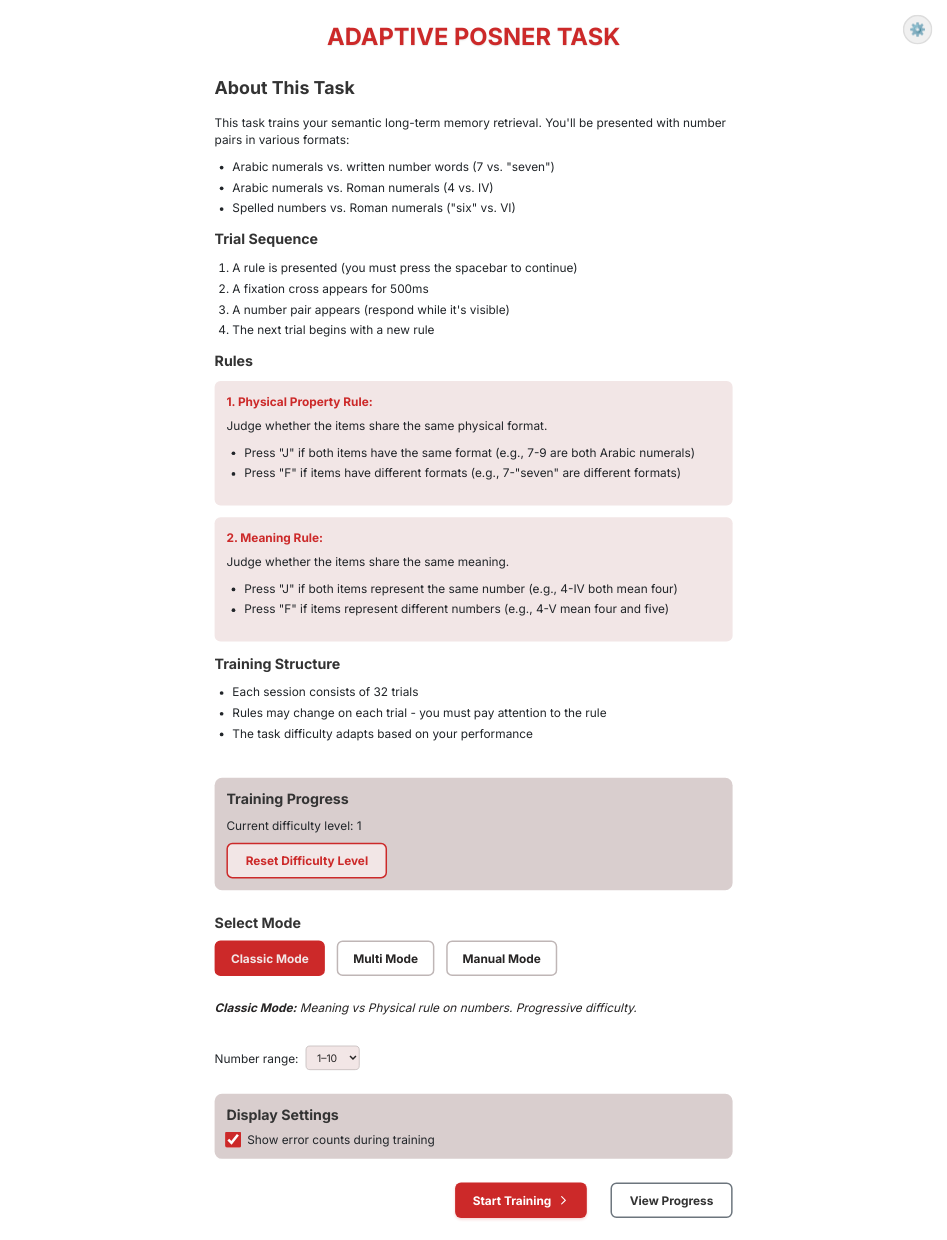
Repository: dolev765/braintrainepson
Page: index.html
An editor plug-in stored every save of this project. The page is shown before and after a run of saves, followed by the edit.
The browser window is 1280 px wide. The pictures show the whole page, at 74% of full size.
The pointer rests on the first visible `.btn-secondary`.

Above is the page before, as saved 2025-10-16 01:19:47.

### index.html
<!DOCTYPE html>
<html lang="en">
<head>
    <meta charset="UTF-8">
    <meta name="viewport" content="width=device-width, initial-scale=1.0">
    <title>Adaptive Posner Task</title>

    <!-- Fonts -->
    <link rel="preconnect" href="https://fonts.googleapis.com">
    <link rel="preconnect" href="https://fonts.gstatic.com" crossorigin>
    <link href="https://fonts.googleapis.com/css2?family=Inter:wght@400;700&display=swap" rel="stylesheet">

    <!-- Stylesheets -->
    <link rel="stylesheet" href="css/main.css">
    <link rel="stylesheet" href="css/components.css">
    <link rel="stylesheet" href="css/responsive.css">
</head>
<body>
    <div id="mainContent">
        <header>
            <h1>ADAPTIVE POSNER TASK</h1>
        </header>

        <!-- Settings Button -->
        <button id="settingsToggle" class="settings-icon-btn">⚙️</button>
        <div id="settingsPanel" class="settings-panel hidden">
            <h3>Advanced Settings</h3>
            <div class="settings-group">
                <label><input type="checkbox" id="tier2Toggle"> Common Knowledge Categories</label>
                <label><input type="checkbox" id="tier3Toggle"> Expert Knowledge Categories</label>
            </div>
        </div>

        <!-- Description Screen -->
        <div id="descriptionScreen" class="screen active">
            <div class="description-content">
                <div class="task-description">
                    <h2>About This Task</h2>
                    <p>
                        This task trains your semantic long-term memory retrieval. You'll be presented with number pairs in various formats:
                    </p>
                    <ul>
                        <li>Arabic numerals vs. written number words (7 vs. "seven")</li>
                        <li>Arabic numerals vs. Roman numerals (4 vs. IV)</li>
                        <li>Spelled numbers vs. Roman numerals ("six" vs. VI)</li>
                    </ul>

                    <h3>Trial Sequence</h3>
                    <ol>
                        <li>A rule is presented (you must press the spacebar to continue)</li>
                        <li>A fixation cross appears for 500ms</li>
                        <li>A number pair appears (respond while it's visible)</li>
                        <li>The next trial begins with a new rule</li>
                    </ol>

                    <h3>Rules</h3>
                    <div class="rule-explanation">
                        <h4>1. Physical Property Rule:</h4>
                        <p>Judge whether the items share the same physical format.</p>
                        <ul>
                            <li>Press "J" if both items have the same format (e.g., 7-9 are both Arabic numerals)</li>
                            <li>Press "F" if items have different formats (e.g., 7-"seven" are different formats)</li>
                        </ul>
                    </div>

                    <div class="rule-explanation">
                        <h4>2. Meaning Rule:</h4>
                        <p>Judge whether the items share the same meaning.</p>
                        <ul>
                            <li>Press "J" if both items represent the same number (e.g., 4-IV both mean four)</li>
                            <li>Press "F" if items represent different numbers (e.g., 4-V mean four and five)</li>
                        </ul>
                    </div>

                    <h3>Training Structure</h3>
                    <ul>
                        <li>Each session consists of 32 trials</li>
                        <li>Rules may change on each trial - you must pay attention to the rule</li>
                        <li>The task difficulty adapts based on your performance</li>
                    </ul>
                </div>

                <div class="session-info">
                    <h3>Training Progress</h3>
                    <p>Current difficulty level: <span id="lastCompletedLevel">1</span></p>
                    <button id="resetLevel" class="btn btn-secondary">Reset Difficulty Level</button>
                </div>

                <div class="mode-selector">
                    <h3>Select Mode</h3>
                    <div class="mode-buttons">
                        <button id="progressiveMode" class="mode-button active">Classic Mode</button>
                        <button id="comprehensiveMode" class="mode-button">Multi Mode</button>
                        <button id="manualMode" class="mode-button">Manual Mode</button>
                    </div>
                </div>

                <div id="modeDescription" class="mode-description">
                    <strong>Classic Mode:</strong> Meaning vs Physical on numbers. Progressive difficulty.
                </div>

                <div class="settings">
                    <label for="numberRangeSelect">Number range:</label>
                    <select id="numberRangeSelect">
                        <option value="10" selected>1–10</option>
                        <option value="20">1–20</option>
                    </select>
                </div>

                <div class="display-settings">
                    <h3>Display Settings</h3>
                    <label class="checkbox-label">
                        <input type="checkbox" id="showErrorCounts" checked>
                        Show error counts during training
                    </label>
                </div>

                <div id="manualModeControls" class="manual-controls" style="display:none;">
                    <h3>Select difficulty level to practice:</h3>
                    <div class="level-selector">
                        <button class="level-button active" data-level="1">1</button>
                        <button class="level-button" data-level="2">2</button>
                        <button class="level-button" data-level="3">3</button>
                        <button class="level-button" data-level="4">4</button>
                        <button class="level-button" data-level="5">5</button>
                        <button class="level-button" data-level="6">6</button>
                        <button class="level-button" data-level="7">7</button>
                        <button class="level-button" data-level="8">8</button>
                        <button class="level-button" data-level="9">9</button>
                        <button class="level-button" data-level="10">10</button>
                    </div>
                    <p>Number of trials: <span id="trialsCount">32</span></p>
                </div>

                <div class="action-buttons">
                    <button id="startTask" class="btn btn-primary">
                        <span>Start Training</span>
                        <svg width="16" height="16" viewBox="0 0 256 256">
                            <path d="M184.49,136.49l-80,80a12,12,0,0,1-17-17L159,128L87.51,56.49a12,12,0,1,1,17-17l80,80A12,12,0,0,1,184.49,136.49Z"></path>
                        </svg>
                    </button>
                    <button id="viewProgress" class="btn btn-secondary">View Progress</button>
                </div>
            </div>
        </div>

        <!-- Rule Screen -->
        <div id="ruleScreen" class="screen game-screen">
            <div class="game-header">
                <span>Difficulty level: <span id="currentLevel">1</span></span>
                <span>Trial: <span id="currentTrial">1</span> / 32</span>
            </div>
            <div id="errorCountsDisplayRule" class="error-counts">
                <div>Errors: <span id="currentErrorsRule">0</span>/3</div>
                <div>Consecutive failures: <span id="currentConsecutiveFailuresRule">0</span>/3</div>
            </div>

            <div class="rule-content-box">
                <div id="currentRuleDisplay" class="rule-title">Physical Property Rule</div>
                <div id="ruleInstructions" class="rule-instructions">
                    Press "J" if items have the same format, press "F" if they have different formats.
                </div>
                <button id="continueButton" class="btn btn-primary continue-btn">
                    Press SPACEBAR to continue
                </button>
            </div>

            <div class="back-button-container">
                <button id="backToHomeFromRule" class="btn btn-secondary">← Back to Home</button>
            </div>
        </div>

        <!-- Fixation Screen -->
        <div id="fixationScreen" class="screen game-screen">
            <div class="game-header">
                <span>Difficulty level: <span id="currentLevelFixation">1</span></span>
                <span>Trial: <span id="currentTrialFixation">1</span> / 32</span>
            </div>
            <div id="errorCountsDisplayFixation" class="error-counts">
                <div>Errors: <span id="currentErrorsFixation">0</span>/3</div>
                <div>Consecutive failures: <span id="currentConsecutiveFailuresFixation">0</span>/3</div>
            </div>

            <div class="content-box">
                <div class="fixation-cross">+</div>
            </div>

            <div class="back-button-container">
                <button id="backToHomeFromFixation" class="btn btn-secondary">← Back to Home</button>
            </div>
        </div>

        <!-- Task Screen -->
        <div id="taskScreen" class="screen game-screen">
            <div class="game-header">
                <span>Difficulty level: <span id="currentLevel2">1</span></span>
                <span>Trial: <span id="currentTrialDisplay">1</span> / 32</span>
            </div>

            <div id="errorCountsDisplay" class="error-counts">
                <div>Errors: <span id="currentErrors">0</span>/3</div>
                <div>Consecutive failures: <span id="currentConsecutiveFailures">0</span>/3</div>
            </div>

            <div class="content-box">
                <div class="stimulus" id="stimulusPair">7-9</div>
            </div>

            <div class="feedback-container">
                <div id="feedbackMessage" class="feedback-message"></div>
            </div>
            <div id="progressBar2" class="progress-bar">
                <div id="progressFill2" class="progress-fill"></div>
            </div>

            <div class="response-buttons">
                <button id="differentButton" class="btn btn-secondary">Different (F)</button>
                <button id="sameButton" class="btn btn-primary">Same (J)</button>
            </div>

            <div class="back-button-container">
                <button id="backToHomeFromTask" class="btn btn-secondary">← Back to Home</button>
            </div>
        </div>

        <!-- Session Complete Screen -->
        <div id="sessionCompleteScreen" class="screen">
            <div class="screen-header">
                <h2>TRAINING SESSION COMPLETED</h2>
            </div>

            <div class="results-box">
                <h3>Results:</h3>
                <p>Correct answers: <span id="sessionCorrectCount">0</span> / 32</p>
                <p>Accuracy: <span id="sessionAccuracy">0%</span></p>
                <p>Final level: <span id="sessionFinalLevel">1</span></p>
            </div>

            <div class="action-buttons">
                <button id="returnToMenu" class="btn btn-secondary">Return to Menu</button>
                <button id="startNewSession" class="btn btn-primary">
                    <span>New Session</span>
                    <svg width="16" height="16" viewBox="0 0 256 256">
                        <path d="M184.49,136.49l-80,80a12,12,0,0,1-17-17L159,128L87.51,56.49a12,12,0,1,1,17-17l80,80A12,12,0,0,1,184.49,136.49Z"></path>
                    </svg>
                </button>
            </div>
        </div>

        <!-- Score Screen -->
        <div id="scoreScreen" class="screen">
            <div class="screen-header">
                <h2>TRAINING COMPLETE</h2>
                <button id="startNewTest" class="btn btn-primary">Return to Menu</button>
            </div>

            <div id="statsContainer" class="stats-container">
                <div class="stat-box">
                    <h4>SESSION SUMMARY</h4>
                    <p>Trials completed: <span>32</span></p>
                </div>

                <div class="stat-box">
                    <h4>ACCURACY</h4>
                    <p id="accuracyRate" class="stat-value">0%</p>
                </div>

                <div class="stat-box">
                    <h4>FINAL LEVEL</h4>
                    <p id="finalLevel" class="stat-value">0</p>
                </div>
            </div>

            <div class="history-section">
                <h3>HISTORY</h3>
                <div id="historyContainer" class="history-container"></div>
            </div>
        </div>

        <!-- Progress Screen -->
        <div id="progressScreen" class="screen">
            <div class="screen-header">
                <h2>PROGRESS OVER TIME</h2>
                <div class="progress-controls">
                    <button id="progressBackToMenu" class="btn btn-secondary">Back to Menu</button>
                    <select id="progressModeFilter">
                        <option value="all" selected>All Modes</option>
                        <option value="classic">Classic</option>
                        <option value="multi">Multi</option>
                    </select>
                </div>
            </div>
            <div class="chart-container">
                <canvas id="progressCanvas" width="700" height="300"></canvas>
                <div class="chart-legend">
                    <div class="legend-item">
                        <span class="legend-color" style="background:#cc2929;"></span>
                        <span>Final level (last session per day)</span>
                    </div>
                    <div class="legend-item">
                        <span class="legend-color" style="background:#2d7a2d;"></span>
                        <span>Highest level (max per day)</span>
                    </div>
                    <div class="legend-item">
                        <span class="legend-color" style="background:#1f4f8a;"></span>
                        <span>Lowest level (min per day)</span>
                    </div>
                </div>
            </div>
        </div>
    </div>

    <!-- Scripts -->
    <script type="module" src="js/main.js"></script>
</body>
</html>

### css/components.css
/* Components CSS - Buttons, forms, and interactive elements */

/* Button Styles */
.btn {
    display: inline-flex;
    align-items: center;
    justify-content: center;
    gap: 8px;
    padding: 12px 24px;
    border: none;
    border-radius: 8px;
    font-family: "Inter", sans-serif;
    font-size: 16px;
    font-weight: 600;
    text-decoration: none;
    cursor: pointer;
    transition: all 0.2s ease;
    min-height: 44px;
    position: relative;
    overflow: hidden;
}

.btn:disabled {
    opacity: 0.6;
    cursor: not-allowed;
}

.btn:focus {
    outline: 2px solid #cc2929;
    outline-offset: 2px;
}

/* Primary Button */
.btn-primary {
    background-color: #cc2929;
    color: #ffffff;
    box-shadow: 0 2px 4px rgba(204, 41, 41, 0.2);
}

.btn-primary:hover:not(:disabled) {
    background-color: #b82424;
    transform: translateY(-1px);
    box-shadow: 0 4px 8px rgba(204, 41, 41, 0.3);
}

.btn-primary:active {
    transform: translateY(0);
    box-shadow: 0 2px 4px rgba(204, 41, 41, 0.2);
}

/* Secondary Button */
.btn-secondary {
    background-color: transparent;
    color: #333333;
    border: 2px solid #6c757d;
}

.btn-secondary:hover:not(:disabled) {
    background-color: #f2e6e6;
    border-color: #cc2929;
    color: #cc2929;
}

.btn-secondary:active {
    background-color: #e6d6d6;
}

/* Mode Buttons */
.mode-buttons {
    display: flex;
    gap: 1rem;
    flex-wrap: wrap;
}

.mode-button {
    padding: 12px 20px;
    border: 2px solid #bfb6b6;
    background-color: transparent;
    color: #262424;
    border-radius: 8px;
    font-family: "Inter", sans-serif;
    font-size: 16px;
    font-weight: 600;
    cursor: pointer;
    transition: all 0.2s ease;
    min-height: 44px;
}

.mode-button:hover {
    background-color: #f2e6e6;
    border-color: #cc2929;
    color: #cc2929;
}

.mode-button.active {
    background-color: #cc2929;
    color: #f2e6e6;
    border-color: #cc2929;
}

.mode-button.active:hover {
    background-color: #b82424;
}

/* Level Selector */
.level-selector {
    display: flex;
    gap: 0.5rem;
    flex-wrap: wrap;
    margin-bottom: 1rem;
}

.level-button {
    width: 44px;
    height: 44px;
    border: 2px solid #bfb6b6;
    background-color: transparent;
    color: #262424;
    border-radius: 8px;
    font-family: "Inter", sans-serif;
    font-size: 16px;
    font-weight: 600;
    cursor: pointer;
    transition: all 0.2s ease;
    display: flex;
    align-items: center;
    justify-content: center;
}

.level-button:hover {
    background-color: #f2e6e6;
    border-color: #cc2929;
    color: #cc2929;
}

.level-button.active {
    background-color: #cc2929;
    color: #f2e6e6;
    border-color: #cc2929;
}

.level-button.active:hover {
    background-color: #b82424;
}

/* Form Elements */
select {
    padding: 6px 10px;
    border-radius: 6px;
    border: 1px solid #bfb6b6;
    background: #f2e6e6;
    color: #262424;
    font-family: "Inter", sans-serif;
    font-size: 14px;
    cursor: pointer;
}

select:focus {
    outline: 2px solid #cc2929;
    outline-offset: 2px;
    border-color: #cc2929;
}

input[type="checkbox"] {
    width: 18px;
    height: 18px;
    accent-color: #cc2929;
    cursor: pointer;
}

input[type="checkbox"]:focus {
    outline: 2px solid #cc2929;
    outline-offset: 2px;
}

/* Loading States */
.btn.loading {
    position: relative;
    color: transparent;
}

.btn.loading::after {
    content: "";
    position: absolute;
    width: 16px;
    height: 16px;
    top: 50%;
    left: 50%;
    margin-left: -8px;
    margin-top: -8px;
    border: 2px solid transparent;
    border-top: 2px solid currentColor;
    border-radius: 50%;
    animation: spin 1s linear infinite;
}

@keyframes spin {
    0% { transform: rotate(0deg); }
    100% { transform: rotate(360deg); }
}

/* Icon Styles */
.btn svg {
    min-width: 16px;
    min-height: 16px;
    fill: currentColor;
}

/* Button Groups */
.button-group {
    display: flex;
    gap: 1rem;
    align-items: center;
}

.button-group .btn {
    flex: 1;
}

/* Special Button Styles */
.btn-large {
    padding: 16px 32px;
    font-size: 18px;
    min-height: 56px;
}

.btn-small {
    padding: 8px 16px;
    font-size: 14px;
    min-height: 36px;
}

.btn-icon-only {
    padding: 12px;
    min-width: 44px;
}

.btn-icon-only svg {
    margin: 0;
}

/* Responsive Button Adjustments */
@media (max-width: 768px) {
    .btn {
        padding: 10px 20px;
        font-size: 14px;
        min-height: 40px;
    }

    .mode-buttons {
        flex-direction: column;
    }

    .mode-button {
        width: 100%;
    }

    .level-selector {
        justify-content: center;
    }

    .action-buttons {
        flex-direction: column;
        align-items: stretch;
    }

    .response-buttons {
        flex-direction: column;
    }

    .button-group {
        flex-direction: column;
    }
}

@media (max-width: 480px) {
    .btn {
        padding: 8px 16px;
        font-size: 14px;
        min-height: 36px;
    }

    .level-button {
        width: 36px;
        height: 36px;
        font-size: 14px;
    }
}

Loaded but not shown: js/config/semantic/tier1-basic.js (329 lines, source omitted); js/ui-controller.js (317 lines, source omitted); js/config/semantic/tier3-expert.js (107 lines, source omitted); js/config/semantic/tier2-common.js (112 lines, source omitted); js/config/semantic/semantic-rules.js (239 lines, source omitted); js/stimulus-generator.js (220 lines, source omitted); js/game-state.js (281 lines, source omitted); js/game-logic.js (268 lines, source omitted); js/main.js (228 lines, source omitted); js/progress-tracker.js (239 lines, source omitted); js/config/numbers/number-data.js (76 lines, source omitted); js/config/numbers/format-combinations.js (49 lines, source omitted); js/config/ui/messages.js (29 lines, source omitted); js/config/ui/achievements-config.js (69 lines, source omitted); js/config/ui/ui-config.js (59 lines, source omitted); js/config/game/game-config.js (49 lines, source omitted); js/config/game/default-settings.js (49 lines, source omitted); js/config/index.js (20 lines, source omitted); js/config/ui/stats-config.js (29 lines, source omitted); js/config/game/level-times.js (14 lines, source omitted); js/config/semantic/index.js (15 lines, source omitted); css/main.css (462 lines, source omitted); css/responsive.css (349 lines, source omitted)

After the next 2 saves:
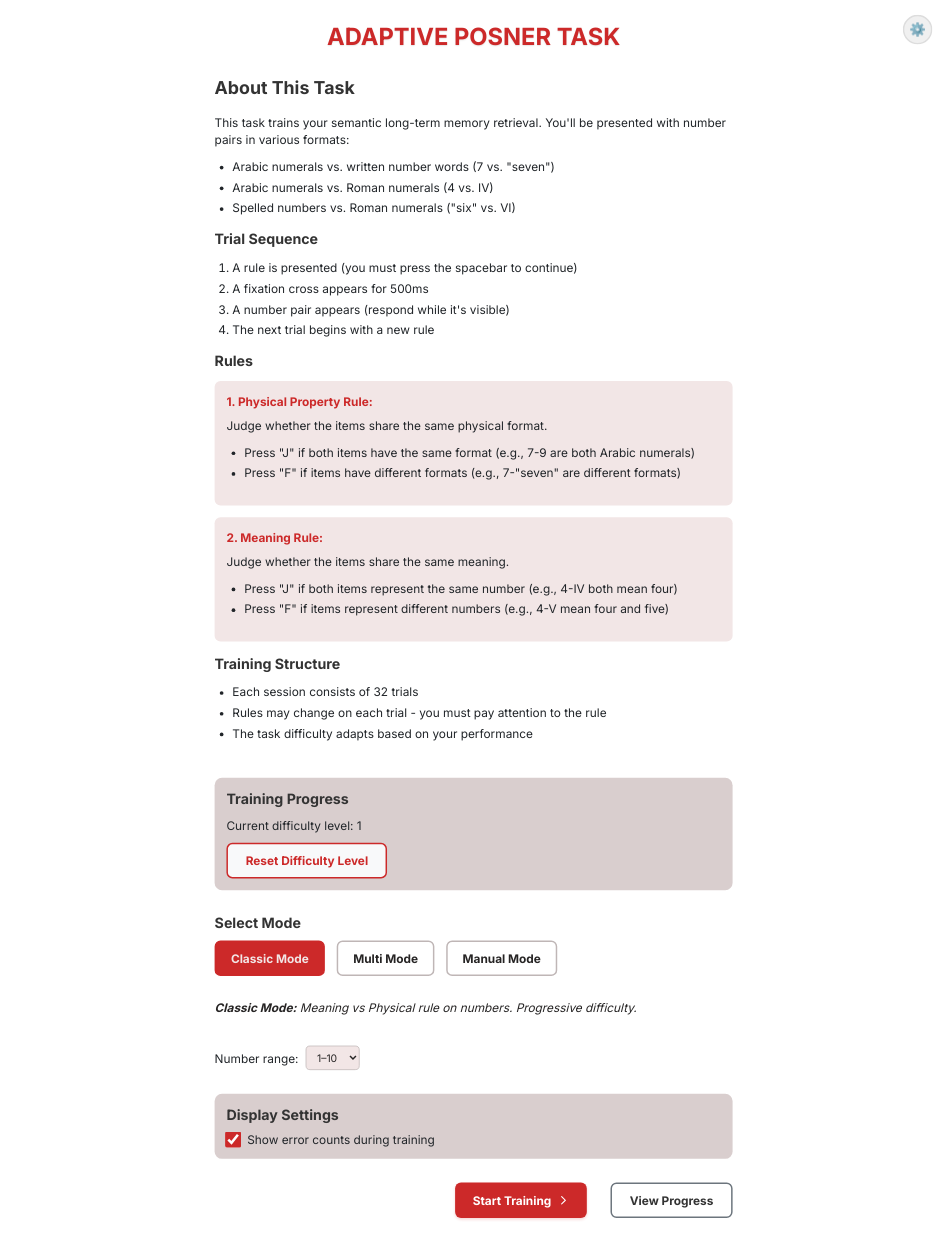
The 2 saves are shown as one change because they came seconds apart.
The last was saved 13 s later.
--- a/css/components.css
+++ b/css/components.css
@@ -56,7 +56,7 @@
 }
 
 .btn-secondary:hover:not(:disabled) {
-    background-color: #f2e6e6;
+    background-color: #f8f9fa;
     border-color: #cc2929;
     color: #cc2929;
 }
